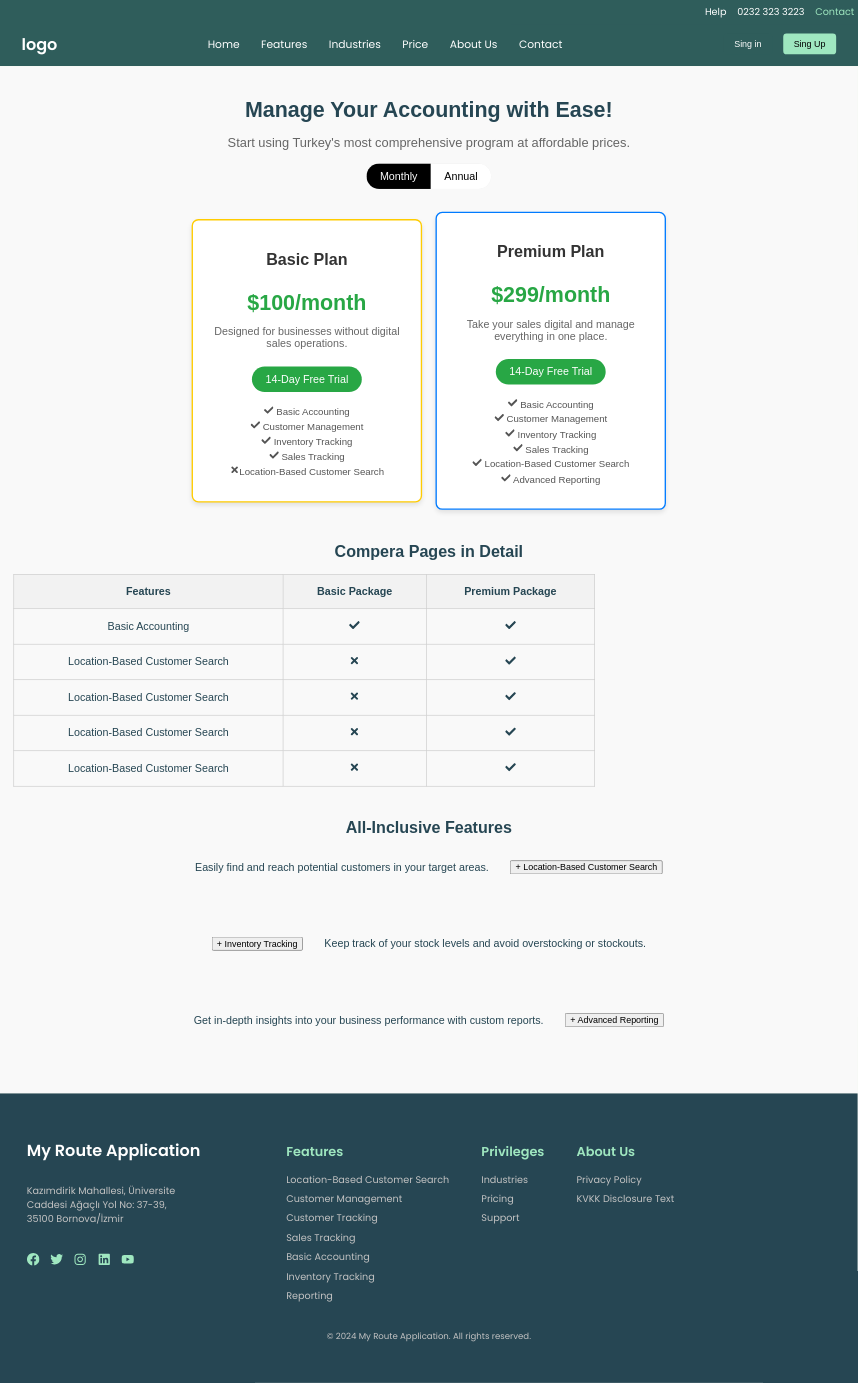
Repository: senolinanyasar/myrouteapplication
Page: /pricing
The author's editor kept a copy of each file at every save. The page is drawn from the files as they stood at one save, then again after the next save.
The browser window is 1280 px wide. The pictures show the whole page, at 67% of full size.
The project was rebuilt for these pictures with package versions that can differ from the ones it lists, and the page was loaded fresh each time. Also part of the build but not shown: vite.config.js, src/components/HeroSection.css, src/components/HeroSection.js, src/components/FeaturesSection.js, src/components/PricingSection.css, src/components/PricingSection.js, src/components/SupportSection.css, src/components/SupportSection.js and 3 more.

Above is the page before, as saved 2024-11-16 21:42:59.

### src/index.css
@import url('https://fonts.googleapis.com/css2?family=Poppins:wght@400;600&display=swap');

body {
  font-family: 'Poppins', sans-serif;
  color: #264653;
  background-color: #f1faee;
  margin: 0;
  padding: 0;
  box-sizing: border-box;
}

code {
  font-family: source-code-pro, Menlo, Monaco, Consolas, 'Courier New',
    monospace;
}

### src/App.js
import React from 'react';
import { BrowserRouter as Router, Route, Routes } from 'react-router-dom';
import Header from './components/Header';
import HomePage from './components/HomePage';
import PricingPage from './components/PricingPage';
import TopBar from './components/TopBar';
import Footer from './components/Footer';


function App() {
  return (
    <Router>
      <TopBar/>
      <Header />
      <Routes>
        <Route path='/' element={<HomePage />} />
        <Route path='/pricing' element={<PricingPage />} />

      </Routes>
      <Footer/>
    </Router>

  );
}

export default App;

### src/components/Header.js
// Header.js
import React from 'react';
import './Header.css';
import { Link } from 'react-router-dom';

const Header = () => {
    return (
        <header className="header">
            <div className="header-logo">logo</div>
            <nav className="header-nav">

                    <Link to="/">Home</Link>
                    <Link to="/features">Features</Link>
                    <Link to="/industries">Industries</Link>
                    <Link to="/pricing">Price</Link>
                    <Link to="/aboutus">About Us</Link>
                    <Link to="/contact">Contact</Link>



            </nav>
            <div className="header-buttons">
                <button className="login-button">Sing in</button>
                <button className="register-button">Sing Up</button>
            </div>
        </header>
    );
};


export default Header;

### src/components/PricingPage.js
// PricingPage.js

import React, { useState } from "react";
import './PricingPage.css';
import { FaCheck, FaTimes } from "react-icons/fa";


const PricingPage = () => {
    const [isAnnual, setIsAnnual] = useState(false);

    return (
        <section className="pricing-page">
            <div className="pricing-header">
                <h1>Manage Your Accounting with Ease!</h1>
                <p>Start using Turkey's most comprehensive program at affordable prices.</p>
                <div className="toggle-buttons">
                    <button
                        className={`toggle-btn ${!isAnnual ? "active" : ""}`}
                        onClick={() => setIsAnnual(false)}
                    >
                        Monthly
                    </button>
                    <button
                        className={`toggle-btn ${isAnnual ? "active" : ""}`}
                        onClick={() => setIsAnnual(true)}
                    >
                        Annual
                    </button>
                </div>
            </div>
            <div className="pricing-plans">
                <div className="plan basic-plan">
                    <h3>Basic Plan</h3>
                    <p className="price">
                        {isAnnual ? "$1,000/year" : "$100/month"}
                    </p>
                    <p className="subtext">
                        Designed for businesses without digital sales operations.
                    </p>
                    <button className="try-button">14-Day Free Trial</button>
                    <ul>
                        <li><FaCheck /> Basic Accounting</li>
                        <li><FaCheck /> Customer Management</li>
                        <li><FaCheck /> Inventory Tracking</li>
                        <li><FaCheck /> Sales Tracking</li>
                        <li><FaTimes className="not-included" />Location-Based Customer Search</li>
                    </ul>
                </div>
                <div className="plan premium-plan">
                    <h3>Premium Plan</h3>
                    <p className="price">
                        {isAnnual ? "$3,000/year" : "$299/month"}
                    </p>
                    <p className="subtext">
                        Take your sales digital and manage everything in one place.
                    </p>
                    <button className="try-button">14-Day Free Trial</button>

                    <ul>
                        <li><FaCheck /> Basic Accounting</li>
                        <li><FaCheck /> Customer Management</li>
                        <li><FaCheck /> Inventory Tracking</li>
                        <li><FaCheck /> Sales Tracking</li>
                        <li><FaCheck /> Location-Based Customer Search</li>
                        <li><FaCheck /> Advanced Reporting</li>
                    </ul>
                </div>
            </div>


            <div className="comparison-table">
                <h2>Compera Pages in Detail</h2>
                <table>
                    <thead>
                        <tr>
                            <th>Features</th>
                            <th>Basic Package</th>
                            <th>Premium Package</th>
                        </tr>
                    </thead>
                    <tbody>
                        <tr>
                            <td>Basic Accounting</td>
                            <td><FaCheck /></td>
                            <td><FaCheck /></td>
                        </tr>
                        <tr>
                            <td>Location-Based Customer Search</td>
                            <td><FaTimes className="not-included" /></td>
                            <td><FaCheck /></td>
                        </tr>
                        <tr>
                            <td>Location-Based Customer Search</td>
                            <td><FaTimes className="not-included" /></td>
                            <td><FaCheck /></td>
                        </tr>
                        <tr>
                            <td>Location-Based Customer Search</td>
                            <td><FaTimes className="not-included" /></td>
                            <td><FaCheck /></td>
                        </tr>
                        <tr>
                            <td>Location-Based Customer Search</td>
                            <td><FaTimes className="not-included" /></td>
                            <td><FaCheck /></td>
                        </tr>
                    </tbody>
                </table>
            </div>

            <div className="features-expand">
                <h2> All-Inclusive Features</h2>
                <div className="feature">
                    <button className="feature-toggle">+ Location-Based Customer Search</button>
                    <p className="feature-description">Easily find and reach potential customers in your target areas.</p>
                </div>
                <div className="feature">
                    <button className="feature-toggle">+  Inventory Tracking</button>
                    <p className="feature-description">Keep track of your stock levels and avoid overstocking or stockouts.</p>
                </div>
                <div className="feature">
                    <button className="feature-toggle">+ Advanced Reporting</button>
                    <p className="feature-description">Get in-depth insights into your business performance with custom reports.</p>
                </div>
            </div>
        </section>
    );

};

export default PricingPage;

### src/components/TopBar.js
// TopBar.js
import React from 'react';
import './TopBar.css';

const TopBar = () => {
    return (
        <div className="top-bar">
            <div className="top-bar-content">
                <span>Help</span>
                <span>0232 323 3223</span>
                <a href="#contact">Contact</a>
            </div>
        </div>
    );
};

export default TopBar;

### src/components/Footer.js
// Footer.js

import React from 'react';
import './Footer.css';
import { FaFacebook, FaInstagram, FaLinkedin, FaTwitter, FaYoutube } from 'react-icons/fa';

const Footer = () => {
    return (
        <footer className="footer">
            <div className='footer-content'>
                <div className='footer-left'>
                    <div className='footer-logo'>
                        <h2>My Route Application</h2>
                    </div>
                    <p>Kazımdirik Mahallesi, Üniversite <br />Caddesi Ağaçlı Yol No: 37-39, <br />35100 Bornova/İzmir</p>
                    <div className='social-icons'>
                        <FaFacebook />
                        <FaTwitter />
                        <FaInstagram />
                        <FaLinkedin />
                        <FaYoutube />
                    </div>
                </div>

                <div className="footer-right">
                <br/><br/><br/><br/>
                    <div className='footer-section'>
                        <h4>Features</h4>
                        <ul>
                            <li>Location-Based Customer Search</li>
                            <li>Customer Management</li>
                            <li>Customer Tracking</li>
                            <li>Sales Tracking</li>
                            <li>Basic Accounting</li>
                            <li>Inventory Tracking</li>
                            <li>Reporting</li>
                        </ul>
                    </div>

                    <div className="footer-section">
                        <h4>Privileges</h4>
                        <ul>
                            <li>Industries</li>
                            <li>Pricing</li>
                            <li>Support</li>
                        </ul>
                    </div>

                    <div className="footer-section">
                        <h4>About Us</h4>
                        <ul>
                            <li>Privacy Policy</li>
                            <li>KVKK Disclosure Text</li>
                        </ul>
                    </div>
                </div>
            </div>

            <div className="footer-bottom">
                <p>&copy; 2024 My Route Application. All rights reserved.</p>
            </div>
        </footer>
    );
};

export default Footer;

### src/components/Header.css
/* Header.css */
.header{
    display: flex;
    justify-content: space-between;
    align-items: center;
    padding: 1rem 2rem;
    background-color: #2f5d5b;
    color: white;
    margin-top: 2rem;
    position: sticky;
    top: 2rem;
    z-index: 999;
}


.header-logo {
    font-size: 1.5rem;
    font-weight: bold;
}
.header-nav a{
    margin: 0 1rem;
    color: white;
    text-decoration: none;
}
.header-nav a:hover {
    color: #e9c46a;
  }

.header-buttons button{
    margin-left: 1rem;
    padding: 0.5rem 1rem;
    border: none;
    border-radius: 5px;
}

.login-button{
    background-color: #2f5d5b;
    color: white;
}

.register-button{
    background-color: #9fe7c0;
    color: black;
}

### src/components/PricingPage.css
/* PricingPage.css */

.pricing-page{
    font-family: "Arial",sans-serif;
    padding: 20px;
    text-align: center;
    background-color: #f9f9f9;
    text-align: center;
}

.pricing-header{
    text-align: center;
    margin-bottom: 30px;
}
.pricing-header h1{
    font-size: 2rem;
    font-weight: bold;
    margin-bottom: 10px;
}

.pricing-header p{
    margin-bottom: 20px;
    color: #666;
    font-size: 1.2rem;
}

.toggle-buttons{
    display: inline-block;
    background-color: #e9e9e9;
    border-radius: 20px;
    overflow: hidden;
}

.toggle-btn{
    padding: 10px 20px;
   font-size: 1rem;
    cursor: pointer;
    color: #000;
    border: none;
    background:  #fff;
    transition: all 0.3s;
}
.toggle-buttons .active{
    background-color: #000;
    color: #fff;
}

.pricing-plans{
    display: flex;
    justify-content: center;
    gap: 20px;
    margin-top: 30px;
    align-items: center;

}

.plan {
    background: #fff;
    border: 1px solid #ddd;
    border-radius: 10px;
    padding: 20px;
    width: 300px;
    text-align: center;
    transition: transform 0.3s ease;
    box-shadow: 0px 4px 8px rgba(0, 0, 0, 0.1);
}

.plan:hover{
    transform: scale(1.05);
}
.plan h3{
    font-size: 1.5rem;
    color: #333;
    margin-bottom: 10px;
}

.plan .price{
    font-size: 2rem;
    font-weight: bold;
    color: #28a745;
    margin-bottom: 10px;
}

.plan .subtext{
    font-size: 1rem;
    color: #666;
    margin-bottom: 15px;
}



.plan ul{
    list-style: none;
    padding: 0;
    margin-top: 20px;
}

.plan ul li{
    color: #555;
    font-size: 0.9rem;
    margin-bottom: 5px;
}

.try-button{
    background: #28a745;
    color: #fff;
    padding: 10px 20px;
    border: none;
    border-radius: 20px;
    cursor: pointer;
    font-size: 1rem;
    margin-top: 10px;
    transition: transform 0.3s ease;
}

.try-button:hover{
    background: #218838;
}
.basic-plan{
    border: 2px solid #ffcc00;
}
.premium-plan{
    border: 2px solid #007bff;
}
.comparison-table{
    margin-top: 3rem;
    text-align: center;
}

.comparison-table table{

    width: 70%;
    border-collapse: collapse;
}

.comparison-table th,
.comparison-table td{
    padding: 1rem;
    border: 1px solid #ccc
}

.comparison-table th{
    background-color: #f2f2f2;
}

.comparison-table td{
    text-align: center;
}

.features-expand{
    margin-top: 3rem;
}

.feture{
    margin-top: 1rem;
}


.feture-toggle{
    background: none;
    border: none;
    font-size: 1rem;
    font-weight: bold;
    color: #2a9d8f;
    cursor: pointer;
    display: block;
    text-align: left;
    padding: 0.5rem;
}

.feture-description{
    display: none;
    color: #6d6d6d;
    font-size: 0.9rem;
    margin-top: 0.5rem;
}

.feture-toggle:focus + .feture-description,
.feture-toggle:hover + .feture-description{
    display: block;
}

### src/components/TopBar.css
/* TopBar.css */

.top-bar {
    background-color: #2f5d5b;
    color: white;
    padding: 0.5rem;
    font-size: 0.9rem;
    display: flex;
    justify-content: center;
    position: fixed;
    top: 0;
    width: 99%;
    z-index: 1000;
}
.top-bar-content {
    display: flex;
    gap: 1rem;
    align-items: center;
    justify-content: flex-end;
    width: 100%;
}

.top-bar-content span{
    color: #ffffff;
}
.top-bar-content a{
    color: #9fe7c0;
    text-decoration: none;
    transition: color 0.3s;
}

.top-bar-content a:hover{
    color: #c3f2d0;
}

### src/components/Footer.css
/* Footer.css */

.footer {
    background-color: #264653;
    color: #ffffff;
    padding: 3rem 2rem;
}
.footer-content{
    display: flex;
    max-width: 1200px;
    justify-content: space-around;
    margin: 0 auto;
}

.footerleft{
    flex: 1;
    max-width: 300px;
}

.footer-logo h2{
    font-size: 1.5rem;
    color: #ffffff;
    margin-bottom: 2rem;
}


.footer-left p{
    color: #c3c3c3;
    font-size: 0.9rem;
    margin-bottom: 2.5rem;
}

.social-icons{
    display: flex;
    gap: 1rem;
    font-size: 1.2rem;
}


.social-icons svg{
    color: #9fe7c0;
    cursor: pointer;
    transition: color 0.3s ease;
}
.social-icons svg:hover {
    color: #c3f2d0;
}

.footer-right{
    display: flex;
    gap: 3rem;
    flex: 2;
    margin-left: 5rem;
}

.footer-section{
    text-align: left;
}
.footer-section h4{
    font-size: 1.2rem;
    color: #9fe7c0;
    margin-bottom: 1rem;
}
.footer-section ul{
    list-style: none;
    padding: 0;
    margin: 0;

}

.footer-section ul li{
    font-size: 0.9rem;
    margin-bottom: 0.5rem;
    color: #c3c3c3;
    cursor: pointer;
    transition: color 0.3s ease;
}

.footer-sectionul li:hover{
    color: #ffffff;
}

.footer-bottom{
    text-align: center;
    font-size: 0.8rem;
    color: #c3c3c3;
    margin-top: 2rem;
}

### src/components/FeaturesSection.css
/* FeaturesSection.css */
.features-section {
    padding: 4rem 2rem;
    text-align: center;
}

.features-title {
    font-size: 2rem;
    font-weight: 600;
    color: #264653;
    margin-bottom: 3rem;
    line-height: 1.2;
}



.feature {
    display: flex;
    align-items: center;
    justify-content: center;
    gap: 2rem;
    margin-bottom: 4rem;
    flex-direction: row;
}

.feature:nth-child(even) {
    flex-direction: row-reverse;
}

.feature-text {
    flex: 1;
    max-width: 500px;
    text-align: left;
}

.features h3 {
    font-size: 1.8rem;
    font-weight: 600;
    color: #264653;
    margin-bottom: 1rem;
}

.feature-text p {
    font-size: 1.1rem;
    color: #6d6d6d;
    margin-bottom: 1.5rem;
}

.cta-button {
    padding: 0.8rem 1.5rem;
    font-size: 1rem;
    color: #2f5d5b;
    background-color: #9fe7c0;
    border: none;
    border-radius: 5px;
    cursor: pointer;
    transition: background-color 0.3s ease;
    text-align: center;
}

.cta-button:hover {
    background-color: #c3f2d0;
}

.feature-image {
    flex: 1;
    max-width: 400px;
    height: auto;
}

.feature-image img {
    width: 100%;
    height: auto;
    object-fit: cover;
    border-radius: 10px;
}

Loaded but not shown: public/index.html (common file); src/index.js (common file); src/reportWebVitals.js (common file)

After the next save:
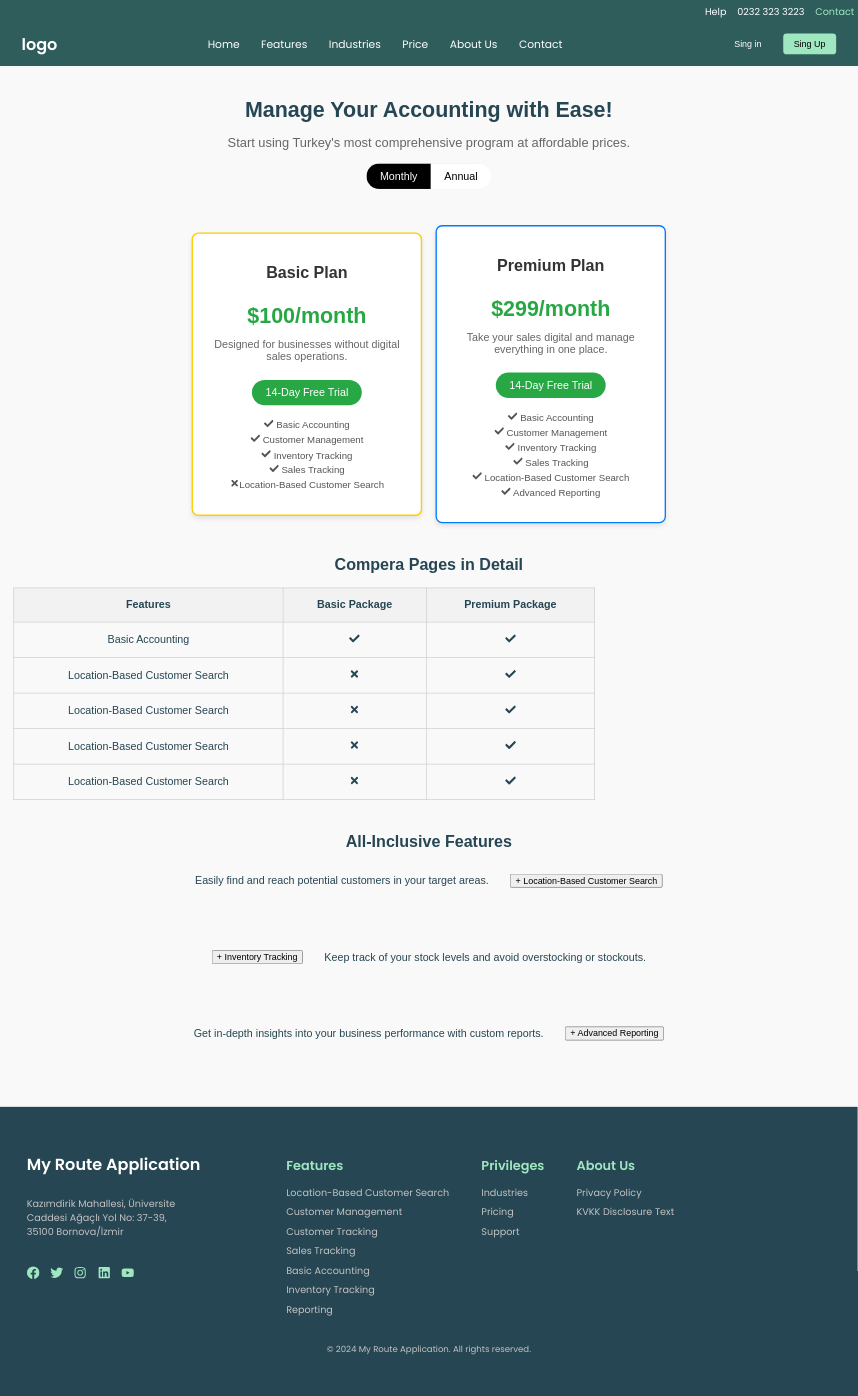
Saved 21 s later.
--- a/src/components/PricingPage.css
+++ b/src/components/PricingPage.css
@@ -49,7 +49,7 @@
     display: flex;
     justify-content: center;
     gap: 20px;
-    margin-top: 30px;
+    margin-top: 50px;
     align-items: center;
 
 }

After the save that followed:
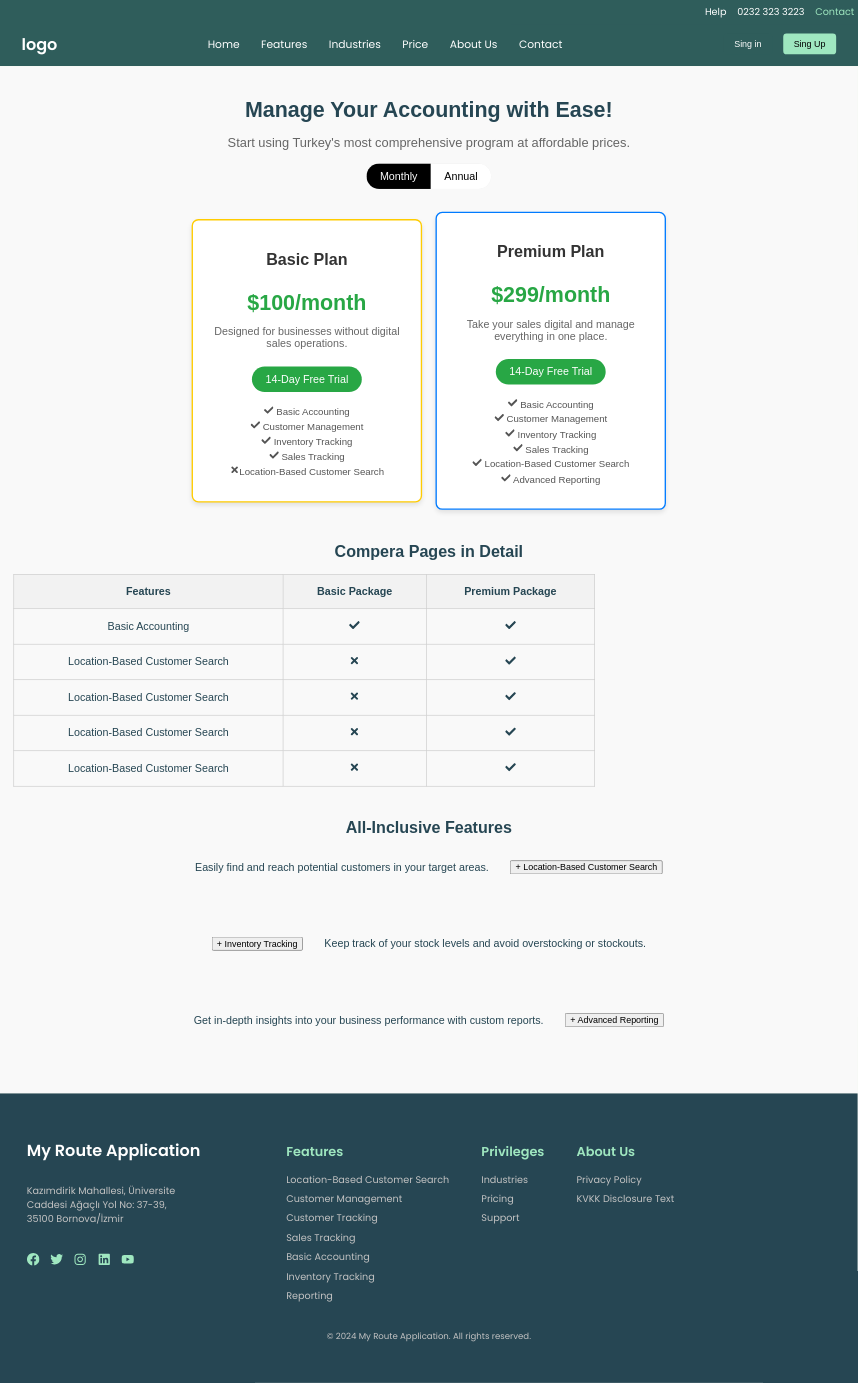
Saved 4 s later.
--- a/src/components/PricingPage.css
+++ b/src/components/PricingPage.css
@@ -49,7 +49,7 @@
     display: flex;
     justify-content: center;
     gap: 20px;
-    margin-top: 50px;
+    margin-top: 30px;
     align-items: center;
 
 }
